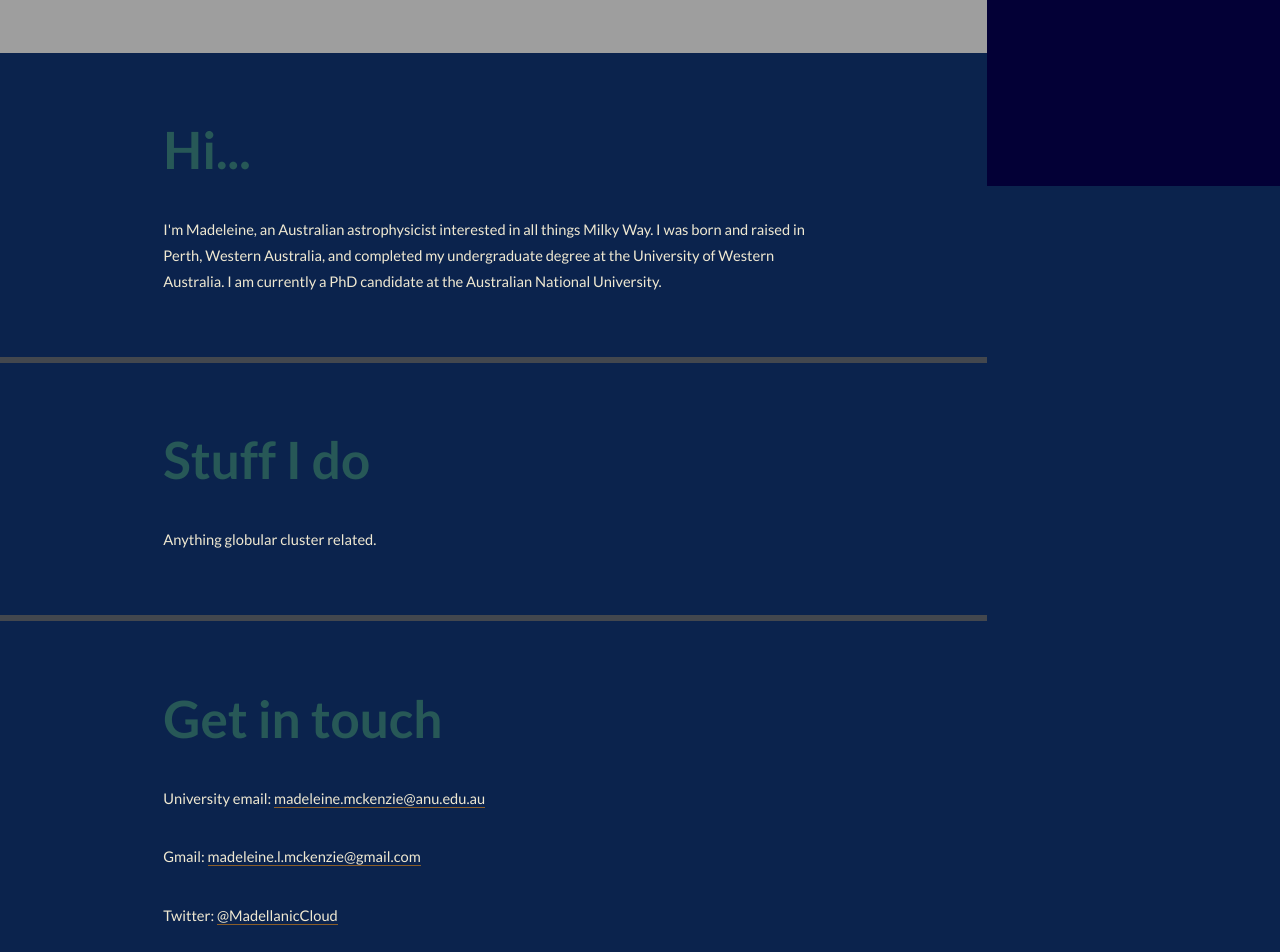
Repository: madeleine-mckenzie/madeleine-mckenzie.github.io
Page: index.html
The author's editor kept a copy of each file at every save. The page is drawn from the files as they stood at one save, then again after the next save.
The browser window is 1280 px wide. The pictures show the part of the page from y = 534 to 1486 px (the page is 1720 px tall before and 1746 px after).
Pictures or frames that could not be fetched are drawn as grey boxes. Backgrounds fixed to the window are drawn as part of the page.

Above is the page before, as saved 2023-11-11 19:05:27.

After the next save:
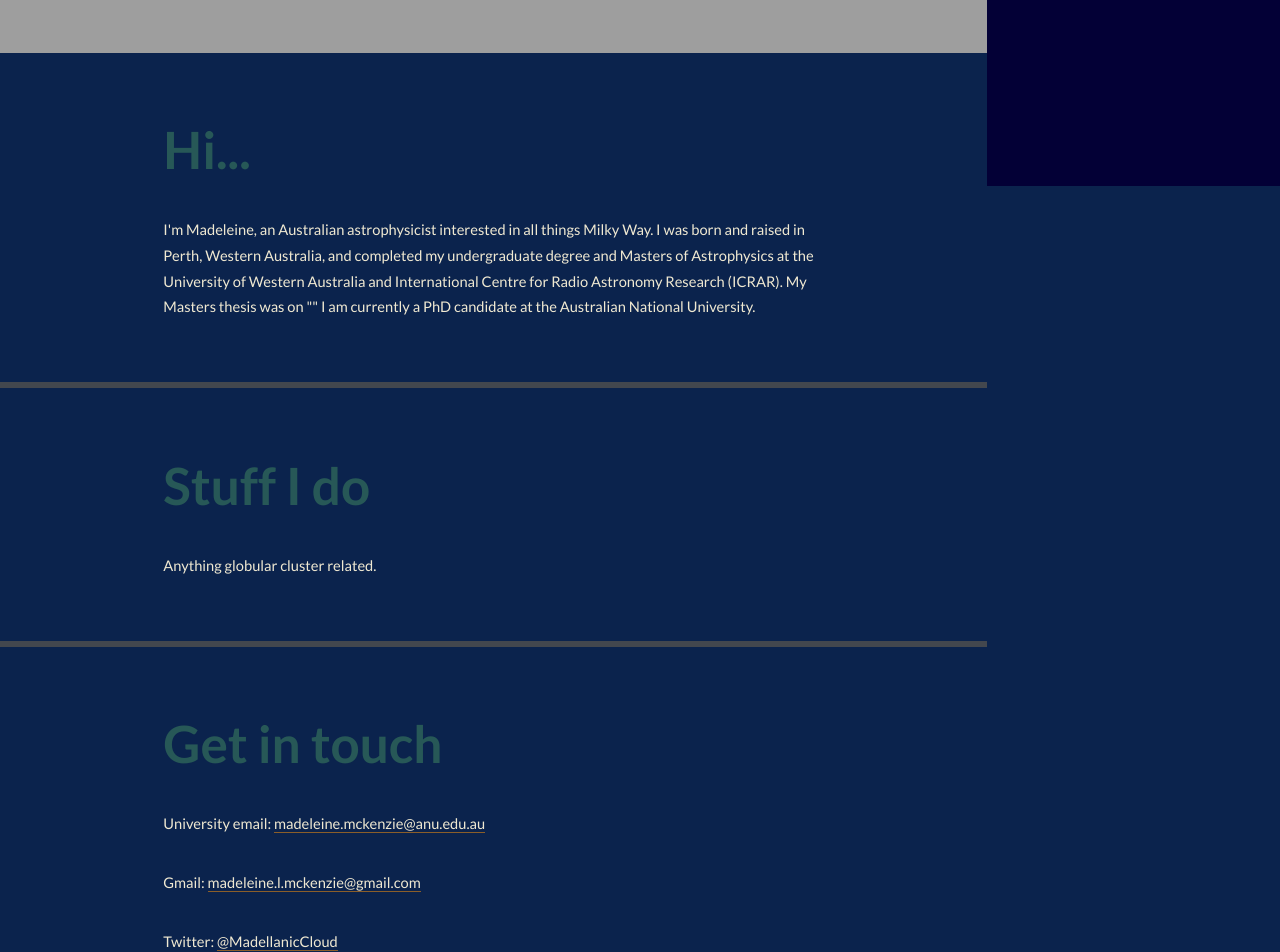
Saved 90 s later.
--- a/index.html
+++ b/index.html
@@ -54,7 +54,8 @@
                             <h2>Hi...</h2>
                         </header>
                         <p>I'm Madeleine, an Australian astrophysicist interested in all things Milky Way. I was born and raised in Perth, Western Australia,
-                            and completed my undergraduate degree at the University of Western Australia.
+                            and completed my undergraduate degree and Masters of Astrophysics at the University of Western Australia and International Centre
+                            for Radio Astronomy Research (ICRAR). My Masters thesis was on ""
                             I am currently a PhD candidate at the Australian National University.
                         </p>
                     </div>
